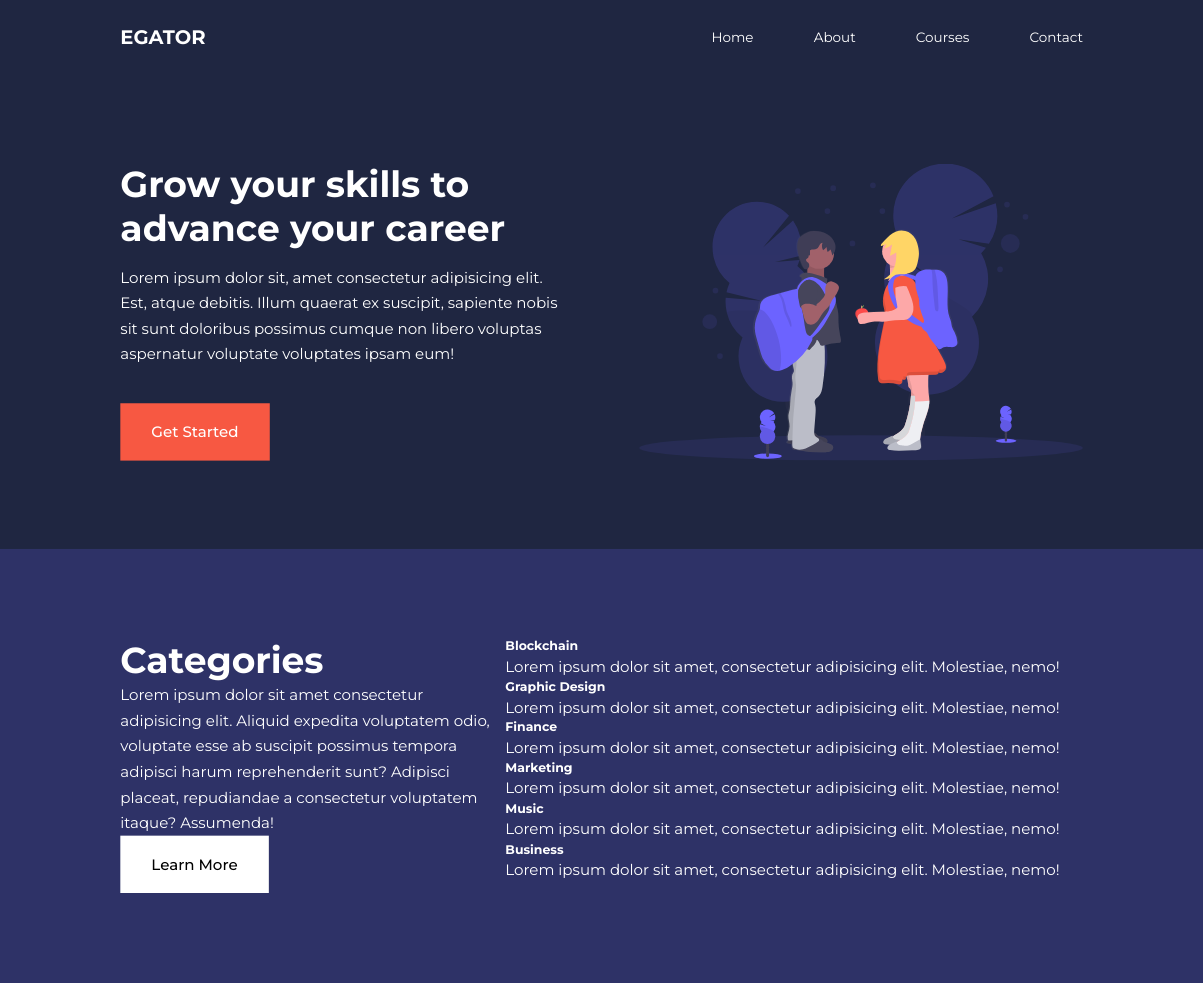
Repository: QUANGTHAI2003/education-web
Page: index.html
An editor plug-in stored every save of this project. The page is shown before and after the next save, followed by the edit.
The browser window is 1280 px wide. The pictures show the whole page, at 94% of full size.
Some icons come from a web library that is not loaded, so they are not drawn.

Above is the page before, as saved 2022-03-11 11:49:06.

After the next save:
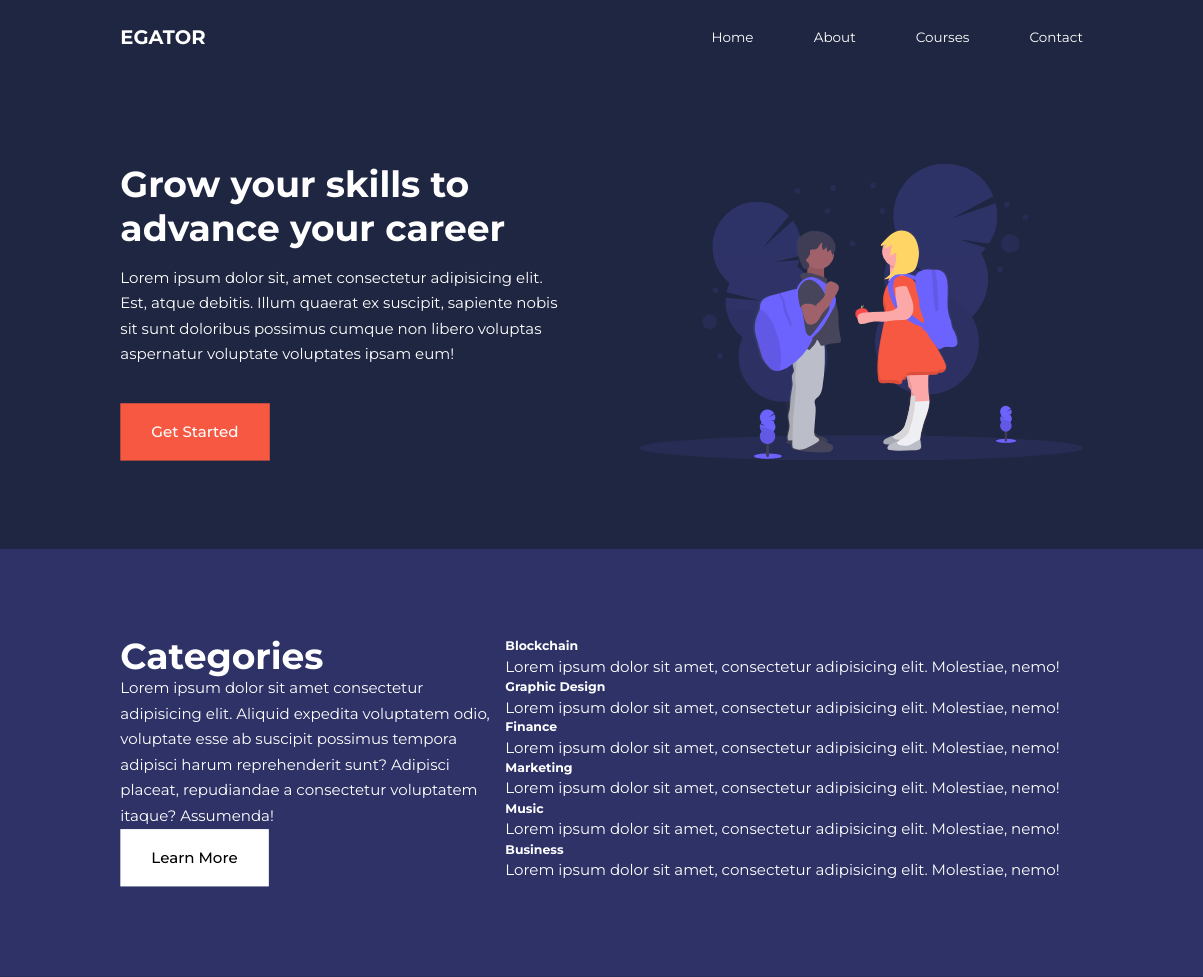
Saved 28 s later.
--- a/css/style.css
+++ b/css/style.css
@@ -166,6 +166,9 @@ header {
     background: var(--color-bg1);
 }
 
+.categories h1 {
+    line-height: 1;
+}
 
 .categories__container {
     display: grid;
